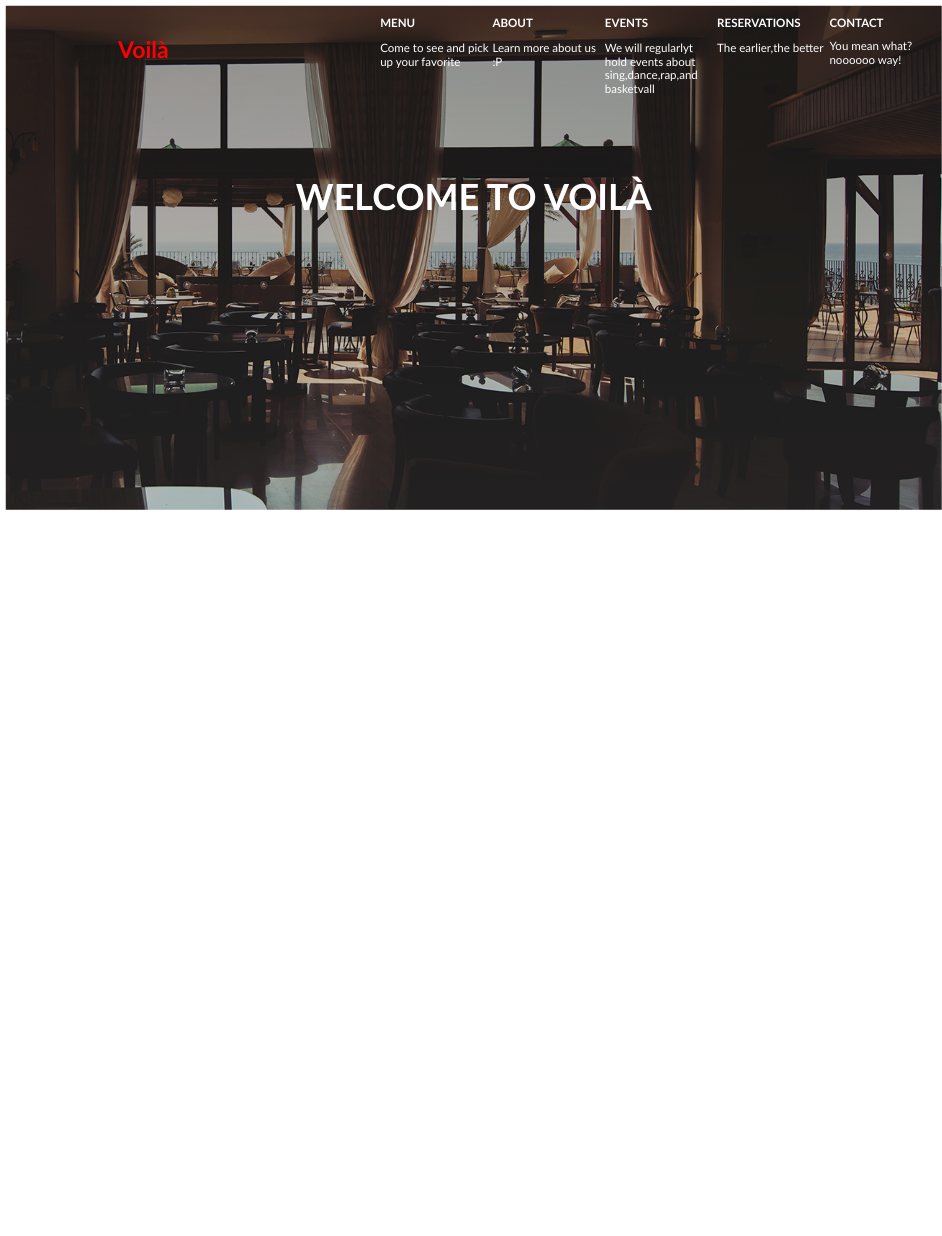
Repository: sis-shen/HTML_vsc
Page: adc_v2/index.html
An editor plug-in stored every save of this project. The page is shown before and after the next save, followed by the edit.
The browser window is 1280 px wide. The page is 1308 px wide, so the pictures cover 1308 px, including what lies to the right of the window. The pictures show the whole page, at 72% of full size.

Above is the page before, as saved 2023-08-14 08:28:39.

### adc_v2/index.html
<!DOCTYPE html>
<html lang="zh-CN">
<head>
    <meta charset="UTF-8">
    <meta name="viewport" content="width=device-width, initial-scale=1.0">
    <title>王八餐厅</title>
    <link rel="stylesheet" href="style.css">
    <link rel="shotcut icon" href="img/王者.png">
</head>
<body>
    <div class="top-box">
        <div class="nav">
            <div class="t-left"><h1>Voilà </h1></div>

            <div class="t-right">
                <div class="nav-box"><h2>MENU</h2>
                    <p>Come to see and pick up your favorite</p></div>
                <div class="nav-box"><h2>ABOUT</h2>
                    <p>Learn more about us :P</p></div>
                <div class="nav-box"><h2>EVENTS</h2>
                    <p>We will regularlyt hold events about sing,dance,rap,and basketvall</p></div>
                <div class="nav-box"><h2>RESERVATIONS</h2>
                    <p>The earlier,the better</p></div>
                <div class="nav-box"><h2>CONTACT</h2>
                    You mean what?noooooo way!</div>
            </div>
        </div>

        <h1 id="wel">WELCOME TO VOILÀ</h1>


    </div>
</body>
</html>

### adc_v2/style.css
body {
    box-sizing: border-box;
    font-family: 'Gill Sans', 'Gill Sans MT', Calibri, 'Trebuchet MS', sans-serif;

}

.top-box{
    margin:auto;

    width: 1300px;
    height: 700px;
    background-image: url("img/top.png");
    padding-bottom: 1000px;
    background-repeat: no-repeat;

}

.nav {
    width: 100%;
    height: 200px;
    /* background-color: rgba(0, 255, 255, 0.207); */
    display: flex;
}

.t-left{
    height:100%;
    width: 40%;
    /* background-color: rgba(255, 0, 0, 0.236); */
}

.t-right{
    display: flex;
    height: 100%;
    width:60%;
}

.nav-box{
    width: 20%;
    height: 100%;
    /* background-color: rgba(255, 255, 0, 0.149); */
    color: #fff;
}

.top-box h2{
    font-size:medium
}

.t-left h1{
    color:red;
    position: relative;
    left:30%;
    top:20px;
}

#wel{
    text-align: center;
    color: #fff;

    font-size: 50px;
}

After the next save:
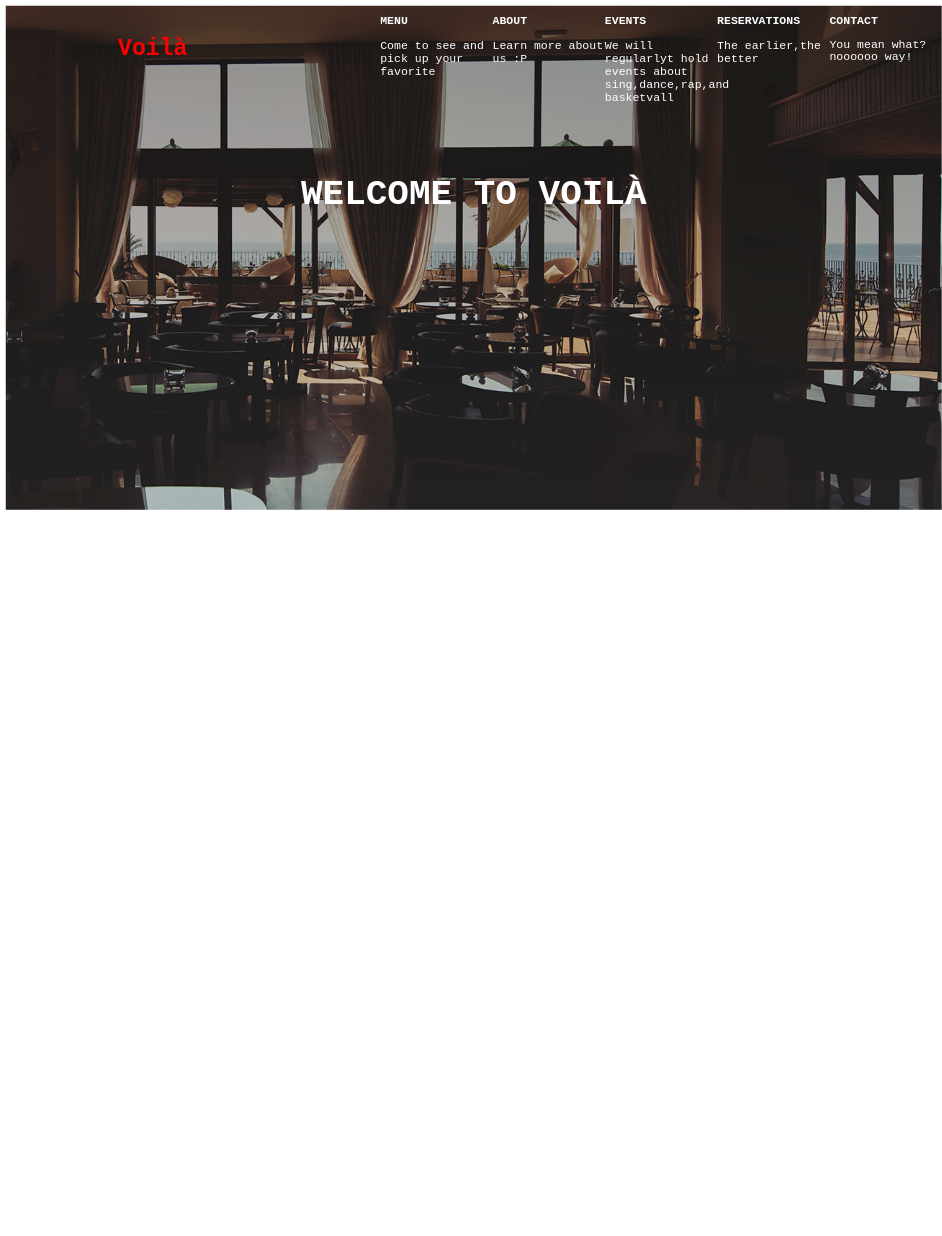
Saved 9 s later.
--- a/adc_v2/style.css
+++ b/adc_v2/style.css
@@ -1,6 +1,6 @@
 body {
     box-sizing: border-box;
-    font-family: 'Gill Sans', 'Gill Sans MT', Calibri, 'Trebuchet MS', sans-serif;
+    font-family:'Courier New', Courier, monospace;
 
 }
 
